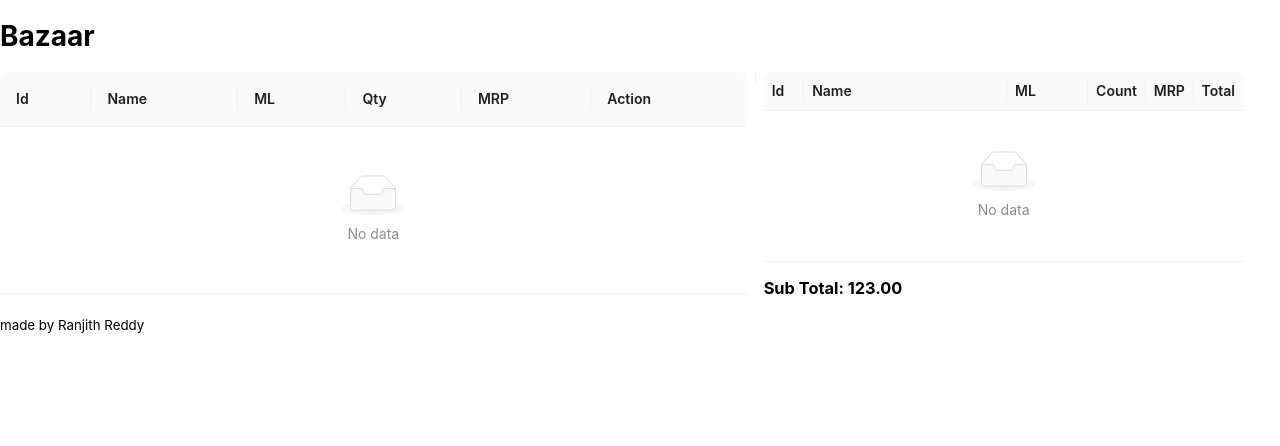
Repository: rxg8255/bazaar
Page: /
The author's editor kept a copy of each file at every save. The page is drawn from the files as they stood at one save, then again after the next save.
The browser window is 1280 px wide. The pictures show the whole page.
The page's requests for data from a server got no answer. The project was rebuilt for these pictures with package versions that can differ from the ones it lists, and the page was loaded fresh each time. No one was signed in, and anything a server would have sent is missing. Also part of the build but not shown: src/App.css.

Above is the page before, as saved 2024-01-28 19:40:11.

### src/App.js
import Cart from "./Cart";
import "./App.css";
import Product from "./Products";
import { Row, Col, Divider } from "antd";
import React, { useState, useEffect } from "react";

function App() {
  const [cartData, setCartData] = useState([]);
  const [cartTempData, setCartTempData] = useState([]);

  let tempData = [];

  const addData = (item) => {
    console.log("You added item:", item);
    cartData.push(item);
    setCartData(cartData);
    tempData = cartData;
    console.log("Cart data after adding item", cartData);
    // setCartTempData(cartData);
    debugger;
  };

  useEffect(() => {
    debugger;
    console.log("Cart data is updated");
  }, [tempData]);

  return (
    <div className="container">
      <Row>
        <Col span={24}>
          <h1>Bazaar</h1>
        </Col>
      </Row>
      <Row>
        <Col span={14}>
          <Product onData={addData} />
        </Col>
        <Divider type="vertical" />
        {/* <Col span={1}></Col> */}
        <Col span={9}>
          <Cart cartListData={cartTempData} />
        </Col>
      </Row>
      <footer>
        <small>made by Ranjith Reddy</small>
      </footer>
    </div>
  );
}

export default App;

### src/Cart.js
import React, { useState, useEffect } from "react";
import { Table } from "antd";

function Cart({ cartListData }) {
  const columns = [
    {
      title: "Id",
      dataIndex: "key",
      width: 40,
      fixed: "left",
    },
    {
      title: "Name",
      dataIndex: "name",
      width: 200,
      fixed: "left",
    },
    {
      title: "ML",
      dataIndex: "quantity",
      width: 80,
      fixed: "left",
    },
    {
      title: "Count",
      dataIndex: "count",
      width: 40,
      fixed: "left",
    },
    {
      title: "MRP",
      dataIndex: "mrp_price",
      width: 40,
      fixed: "left",
    },
    {
      title: "Total",
      dataIndex: "total_price",
      width: 40,
      fixed: "left",
    },
  ];

  const [cartState, setCartState] = useState(cartListData);
  useEffect(() => {
    console.log("Cart state changed");
    setCartState(cartListData);
  }, [cartListData]);

  return (
    <div>
      <Table columns={columns} dataSource={cartState} size="small" />
      <h3>Sub Total: 123.00</h3>
    </div>
  );
}

export default Cart;

### src/Products.js
import React, { useState, useEffect } from "react";
import axios from "axios";
import { Table, Button } from "antd";

function Product(props) {
  const columns = [
    {
      title: "Id",
      dataIndex: "key",
    },
    {
      title: "Name",
      dataIndex: "name",
    },
    {
      title: "ML",
      dataIndex: "quantity",
    },
    {
      title: "Qty",
      dataIndex: "available",
    },
    {
      title: "MRP",
      dataIndex: "mrp_price",
    },
    {
      title: "Action",
      key: "action",
      render: (text, record, index) => (
        <Button onClick={() => handleButtonClick(record)}>Add</Button>
      ),
    },
  ];

  const [data, setData] = useState([]);

  const handleButtonClick = (record) => {
    console.log("You clicked the button with data", record);
    props.onData(record);
  };

  useEffect(() => {
    const fetchData = async () => {
      // Try to get the data from the API endpoint
      try {
        // Use axios.get to make a GET request with the URL
        const response = await axios.get(
          "http://127.0.0.1:8000/api/inventory/"
        );
        // Set the data state with the response data
        setData(response.data);
      } catch (error) {
        console.error(error);
      }
    };
    fetchData();
  }, []);

  return (
    <div>
      <Table columns={columns} dataSource={data} />
    </div>
  );
}

export default Product;

### src/Parent.js
import React, { useState } from "react";
import Child from "./Child";
import axios from "axios";

const Parent = () => {
  // Declare a state variable and a setter function
  const [data, setData] = useState(null);

  // A function to update the data
  const updateData = () => {
    const fetchData = async () => {
      // Try to get the data from the API endpoint
      try {
        // Use axios.get to make a GET request with the URL
        const response = await axios.get(
          "http://127.0.0.1:8000/api/inventory/"
        );
        // Set the data state with the response data
        setData(response.data);
      } catch (error) {
        console.error(error);
      }
    };
    // Fetch some data from an API or other source
    fetchData().then((data) => setData(data));
  };

  return (
    <div>
      <button onClick={updateData}>Update data</button>
      <Child data={data} />
    </div>
  );
};
export default Parent;

### src/Child.js
import React, { useEffect } from "react";

// The child component that receives the data as a prop
const Child = ({ data }) => {
  // Use the useEffect hook to do something when the data changes
  useEffect(() => {
    // Check if the data is not null
    if (data) {
      // Do something with the data, such as displaying it or updating the state
      console.log(data);
    }
  }, [data]); // Pass the data as a dependency array

  return <div>{data ? <p data={data} /> : <p>Loading...</p>}</div>;
};
export default Child;

Loaded but not shown: public/index.html (common file); src/index.js (common file); src/index.css (common file); src/reportWebVitals.js (common file)

After the next save:
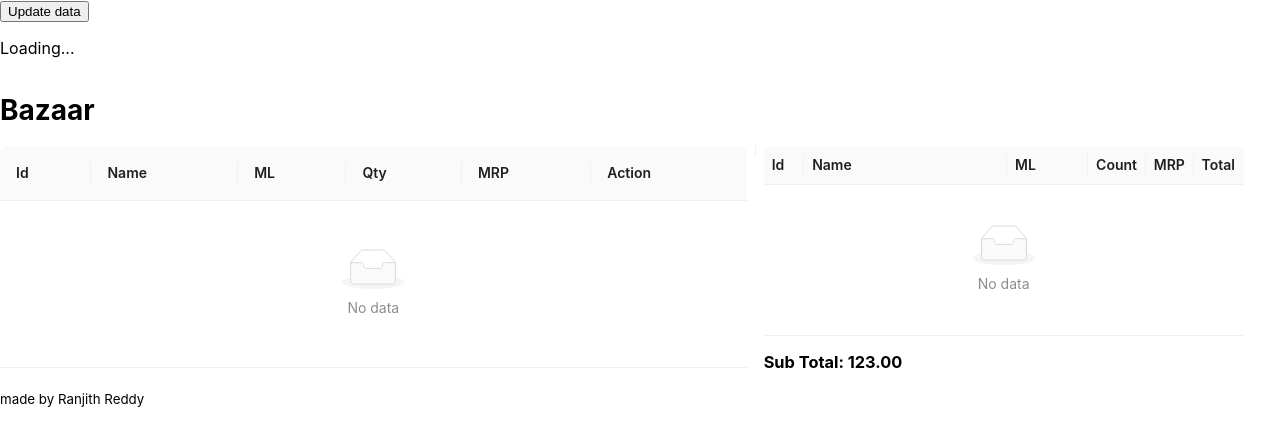
Saved 19 s later.
--- a/src/App.js
+++ b/src/App.js
@@ -3,6 +3,7 @@ import "./App.css";
 import Product from "./Products";
 import { Row, Col, Divider } from "antd";
 import React, { useState, useEffect } from "react";
+import Parent from "./Parent";
 
 function App() {
   const [cartData, setCartData] = useState([]);
@@ -27,6 +28,7 @@ function App() {
 
   return (
     <div className="container">
+      <Parent />
       <Row>
         <Col span={24}>
           <h1>Bazaar</h1>
